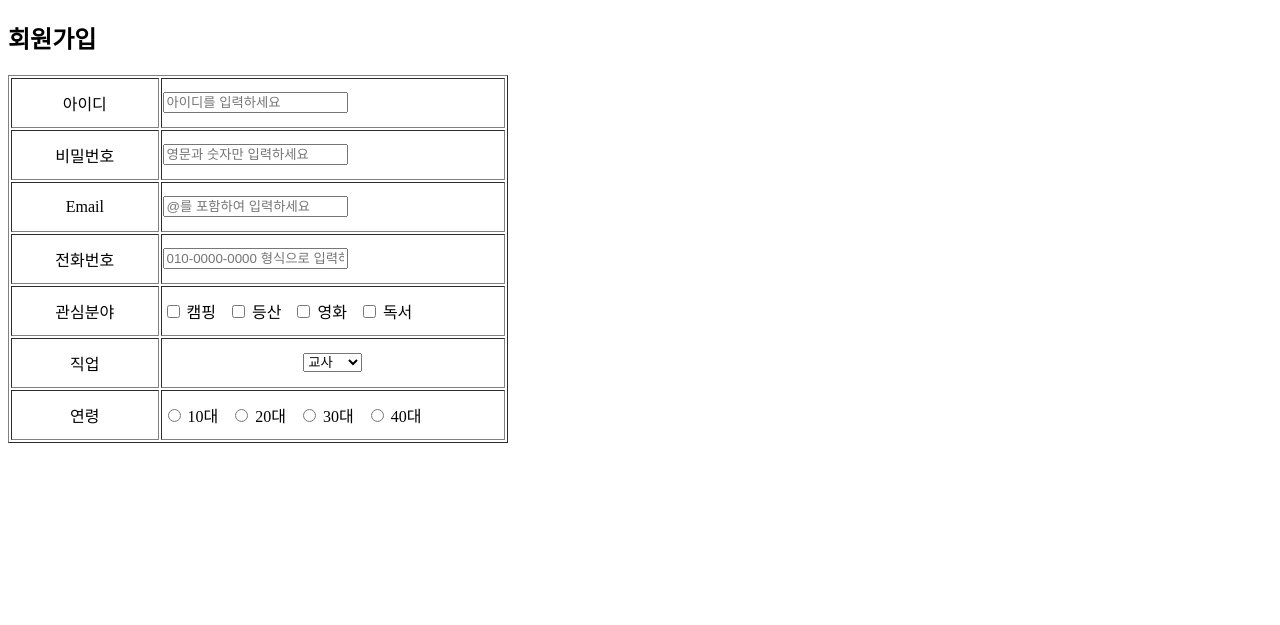
Repository: hyeongu135-ui/Jsp2026
Page: http://localhost/chapter01/Request/Requestjoin.jsp
An editor plug-in stored every save of this project. The page is shown before and after the next save, followed by the edit.
The browser window is 1280 px wide. The pictures show the whole page.
The page is served by Tomcat 9.

Above is the page before, as saved 2026-10-19 06:49:11.

### chapter01/src/main/webapp/Request/Requestjoin.jsp
<%@ page language="java" contentType="text/html; charset=UTF-8"
	pageEncoding="UTF-8" import="java.util.*"%>
<!DOCTYPE html>
<html>
<head>
<meta charset="UTF-8">
<title>Insert title here</title>
</head>
<body>
	<div class="container">
		<h2>회원가입</h2>

		<form action="RequestJoinProc.jsp" method="post">
			<table width="500" border="1">
				<tr height="50">
					<td align="center" width="150">아이디</td>
					<td width="350"><input type="text" name="id"
						placeholder="아이디를 입력하세요"></td>
				</tr>
				<tr height="50">
					<td align="center" width="150">비밀번호</td>
					<td width="350"><input type="password" name="passchk"
						placeholder="영문과 숫자만 입력하세요"></td>
				</tr>
				<tr height="50">
					<td align="center" width="150">Email</td>
					<td width="350"><input type="email" name="email"
						placeholder="@를 포함하여 입력하세요"></td>
				</tr>
				<tr height="50">
					<td align="center" width="150">전화번호</td>
					<td width="350"><input type="tel" name="tel"
						placeholder="010-0000-0000 형식으로 입력하세요"></td>
				</tr>
				<tr height="50">
					<td align="center" width="150">관심분야</td>
					<td width="350"><input type="checkbox" name="hobby" value="캠핑"
						id="camping"> <label for="camping">캠핑</label>&nbsp;&nbsp;
						<input type="checkbox" name="hobby" value="등산" id="mount">
						<label for="mount">등산</label>&nbsp;&nbsp; <input type="checkbox"
						name="hobby" value="영화" id="movie"> <label for="movie">영화</label>&nbsp;&nbsp;
						<input type="checkbox" name="hobby" value="독서" id="book">
						<label for="book">독서</label>&nbsp;&nbsp;</td>
				</tr>
				<tr height="50">
					<td width="150" align="center">직업</td>
					<td width="350" align="center"><select>
							<option value="교사">교사</option>
							<option value="변호사">변호사</option>
							<option value="의사">의사</option>
							<option value="기술사">기술사</option>
					</select></td>
				</tr>
				<tr height="50">
					<td align="center" width="150">연령</td>
					<td width="350">
					<input type="radio" name="age" value="10대"
						id="teenage"> <label for="teenage">10대</label>&nbsp;&nbsp;
						<input type="radio" name="age" value="20대" id="twenty"> <label
						for="twenty">20대</label>&nbsp;&nbsp; <input type="radio"
						name="age" value="30대" id="thirty"> <label for="thirty">30대</label>&nbsp;&nbsp;
						<input type="radio" name="age" value="40대" id="forty"> <label
						for="forty">40대</label>&nbsp;&nbsp;</td>
				</tr>
			</table>
		</form>
	</div>
</body>
</html>

After the next save:
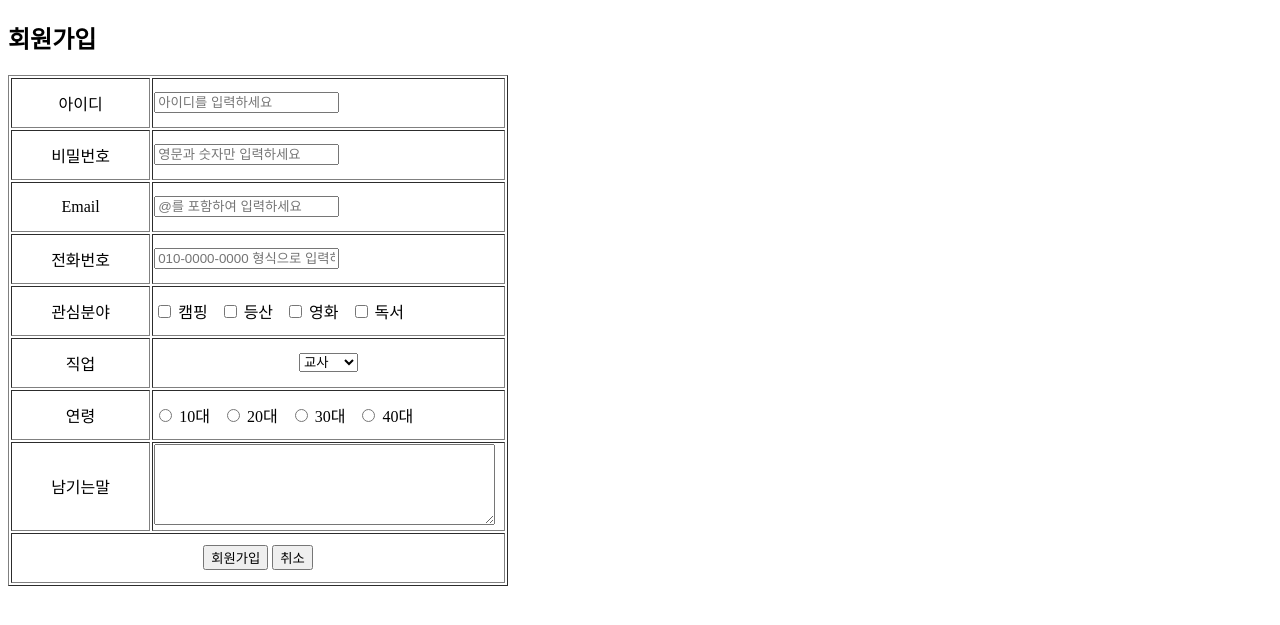
Saved 3 min 42 s later.
--- a/chapter01/src/main/webapp/Request/Requestjoin.jsp
+++ b/chapter01/src/main/webapp/Request/Requestjoin.jsp
@@ -62,6 +62,19 @@
 						<input type="radio" name="age" value="40대" id="forty"> <label
 						for="forty">40대</label>&nbsp;&nbsp;</td>
 				</tr>
+				<tr height="50">
+					<td align="center" width="150">남기는말</td>
+					<td width="350">
+						<textarea rows="5" cols="40" name="info"></textarea>
+					</td>
+				</tr>
+				<tr height="50">
+					<td colspan="2" align="center" width="150">
+						<input type="submit" value="회원가입" >
+						<input type="reset" value="취소" >
+					</td>
+
+				</tr>
 			</table>
 		</form>
 	</div>
